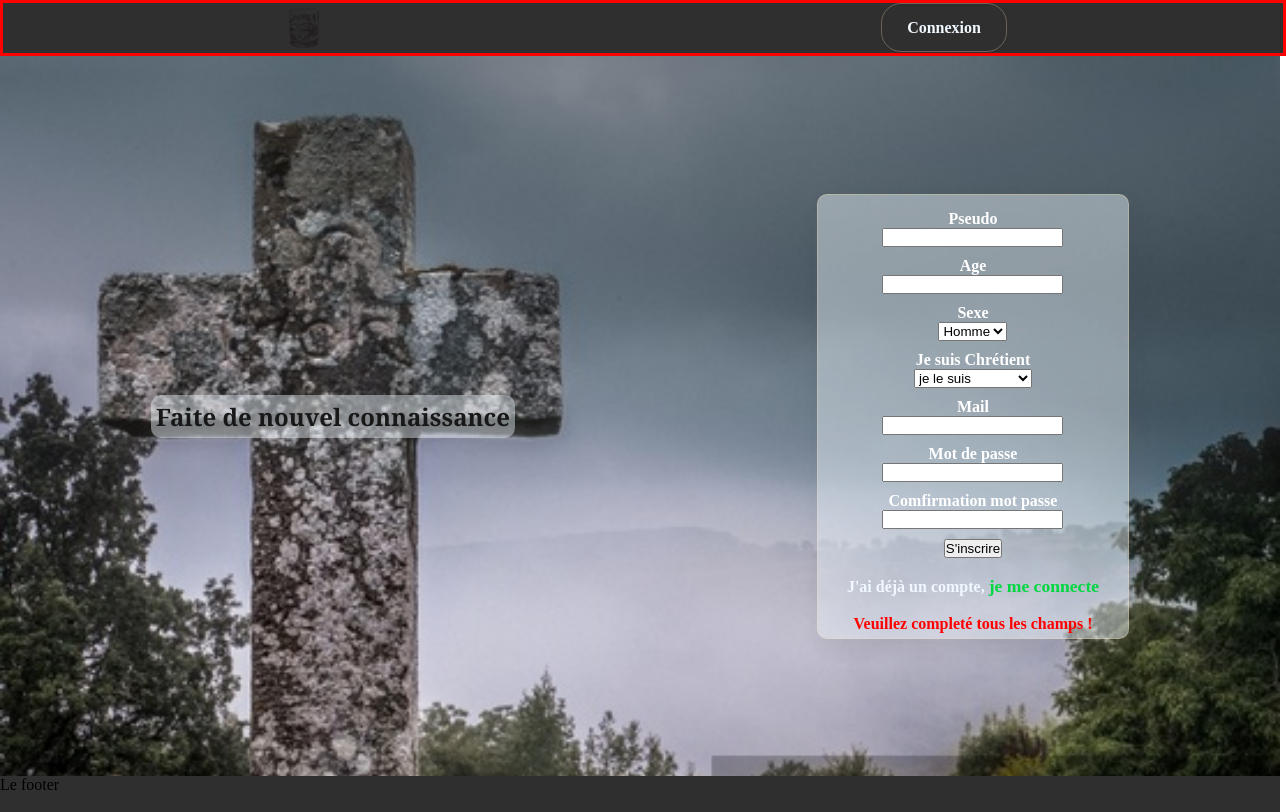
Repository: remi77130/forum
Page: http://localhost/path/signup.php
An editor plug-in stored every save of this project. The page is shown before and after the next save, followed by the edit.
The browser window is 1280 px wide. The page is 1286 px wide, so the pictures cover 1286 px, including what lies to the right of the window. The pictures show the whole page.
Backgrounds fixed to the window are drawn as part of the page. The page is run by PHP 8.4 with error messages shown; the project is at /var/www/html/.

Above is the page before, as saved 2022-06-28 21:28:06.

### signup.php
<?php require 'signupAction.php'; ?>
<?php include 'includes/head.php'; ?>

<!DOCTYPE html>
<html lang="en">

<body>

<header>

<div>
    <img src="img/3.png" alt="logo" width="50px">
  </div>
  <div>
<a href="connexion.php">Connexion</a>

</header>


<section class="section_signup">


<div class="title_section_signup">
  <h2>Faite de nouvel connaissance <br>
 </h2>

</div>


<div class="form_signup">
    <form style="text-align: center;" method="POST" enctype="multipart/form-data">

    <div class="mb-3">
    <label >Pseudo</label> <br>
    <input type="text" name="pseudo" value="<?php if(isset($pseudo)) { echo $pseudo; } ?>" />
  </div>

  <div class="mb-3">
    <label >Age</label> <br>
    <input type="number" name="age" />
  </div>

  <div class="mb-3">
    <label >Sexe</label> <br>
    <select name="sexe">
    <option value="Homme">Homme</option>
    <option value="Femme">Femme</option>
    </select>
  </div>
<div class="mb-3">
    <label >Je suis Chrétient</label> <br>
    <select name="religion">

    <option value="oui">je le suis</option>
    <option value="non">je ne le suis pas </option>
    </select>
  </div>




  <div class="mb-3">
    <label >Mail</label> <br>
    <input type="email"  name="mail" value="<?php if(isset($mail)) { echo $mail; } ?>">
  </div>


  <div class="mb-3">
    <label for="pasword">Mot de passe</label> <br>
    <input type="password"  minlength="5" name="password">
  </div>


  <div class="mb-3">
    <label for="password2">Comfirmation mot passe</label> <br>
    <input type="password"  minlength="5" name="password2">
  </div>


  <button type="submit" class="btn btn-primary" name="validate">S'inscrire</button>

  <br><br>
 <a class="login_signup" href="connexion.php"><p>J'ai déjà un compte, <span class="span_login_signup"> je me connecte</span></p></a> <br>


   </form>


<?php
if(isset($erreur))  //ERREUR MESSAGE CHAMPS NON COMPLET
{
  echo '<font color="red">'.$erreur."</font>";

}
?>

</div>



</section>


<footer>
<P>Le footer</P>
</footer>

</body>
</html>

### signupAction.php
<?php
session_start();
require('database.php');


//Validation du formulaire
if(isset($_POST['validate'])){


    $pseudo = htmlspecialchars($_POST['pseudo']);
    $mail = htmlspecialchars($_POST['mail']);
    $password = sha1($_POST['password']);
    $password2 = sha1($_POST['password2']);
    $age = htmlspecialchars($_POST['age']);
    $sexe = htmlspecialchars($_POST['sexe']);
    $religion = htmlspecialchars($_POST['religion']);

    //Vérifier si l'user a bien complété tous les champs
    if(!empty($_POST['pseudo'])  AND !empty($_POST['mail'])
    AND !empty($_POST['password']) AND !empty($_POST['password2']) AND !empty($_POST['age'])
    AND !empty($_POST['sexe']) AND !empty($_POST['religion']))

    {


        $pseudolength = strlen($pseudo);
        if($pseudolength <= 255)
        {

            if($password == $password2)  // verif password
            {


                    $reqmail = $bdd->prepare("SELECT * FROM membres WHERE mail = ? ");  // REQUETE SI MAIL EXISTE DEJA
                    $reqmail->execute(array($mail,));
                    $mailexist = $reqmail->rowCount();


                    if($mailexist == 0)
                    {

                if($password == $password2)
                {
                    $insertmbr = $bdd->prepare("INSERT INTO membres (pseudo, mail, mdp, age, sexe, religion) VALUES(?,?,?,?,?,? )");
                    $insertmbr->execute(array($pseudo, $mail, $password, $age, $sexe, $religion));


                    $_SESSION['comptecree'] = header("Location: index.php");



                }
                else{

                    $erreur = "Votre password ne correspond pas ! ";

                  }


                  }
                  else
                  {
                      $erreur = " mail déja utilisé ! ";  // ERREUR SI MAIL EXISTE DEJA
                  }

                   }

                  else{

                    $erreur= "Votre mail n'est pas valide ";
                  }
             }

        }

        else
        {

            $erreur = "Votre pseudo ne doit pas dépasssser 255 caractrere ";

        }


    }
    else{

        $erreur = "Veuillez completé tous les champs ! ";
    }





?>

### database.php
<?php
try{
    $bdd = new PDO('mysql:host=localhost;dbname=forum;charset=utf8;', 'root', '');
}
catch(Exception $e){

    die('Une erreur à été trouvée : ' . $e->getMessage());
}

### includes/head.php
<head>
    <meta charset="UTF-8">

    <link rel="stylesheet" href="assets/style.css">
    <meta http-equiv="X-UA-Compatible" content="IE=edge">
    <meta name="viewport" content="width=device-width, initial-scale=1.0">

    <title>Forum</title>
</head>

### assets/style.css
*{
padding: 0;
margin: 0;
}



/*

/////////////////////////// FEUILLE signup ////////////////// FEUILLE signup //////////

*/

body{


}

header{

    background-color: rgb(47, 47, 47);    width: 100%;
    height: auto;
    display: flex;
    justify-content: space-around;
    align-items: center;
    border: 3px solid red;

}

header button{

    margin: 5px;
}

header a {

    font-weight: bold;
    text-decoration: none;
    border: 0.5px solid rgba(245, 222, 179, 0.299);
    padding: 15px 25px ;
    border-radius: 20px;
    color: aliceblue;
}

footer{

    background-color: rgb(47, 47, 47);
    width: 100%;
    height: 5%;

}

.section_signup{
    width: 100%;
    height: 100%;

    background-image: url(../img/cross.jpg);

    background-size: cover;
    background-repeat: no-repeat;
    background-attachment: fixed;
    background-position: center;
    display: flex;
    flex-wrap: wrap;
    justify-content: space-around;
    align-items: center;

}


.title_section_signup{

background-color: rgba(240, 248, 255, 0.445) ;
backdrop-filter: blur(0.5px);
border-radius: 10px;

}

.title_section_signup h2{

    color: rgb(24, 24, 24);
    font-family: Georgia, 'Times New Roman', Times, serif;
    padding: 5px;
    font-weight: bold;

}

.form_signup{

    width: 300px;
    box-shadow: 5px 10px 20px rgba(58, 58, 58, 0.091);
    border-radius: 20px;
    border: 0.5px solid rgba(245, 222, 179, 0.299);
    color:white;
    font-weight: 600;
    text-align: center;
    padding:5px;


    background-color: rgba(240, 248, 255, 0.445) ;
backdrop-filter: blur(0.5px);
border-radius: 10px;

}

.form{

    border: 5px solid rgb(72, 72, 72);

}



.form_signup input{

    width: auto;
}

.login_signup{

    color: aliceblue;
    text-decoration: none;
}

.span_login_signup{

    color: rgb(0, 215, 65);
    font-weight: bold;
    font-size: 1.1em;

}


.mb-3{

    margin: 10px;
}

@media screen and (max-width: 400px) {
    .mb-3 input {
      width: 120px;
    }
  }




/*

/////////////////////////// FEUILLE editProfil ////////////////// FEUILLE editProfil //////////

*/
  .textarea_edit_profil{

    border-radius: 5px;
    border: none;
    box-shadow: 5px 3px 10px rgba(90, 90, 90, 0.338);


  }

  .container_editprofil{

    border: 5px solid red;

  }

  .edit_profil_container{

    border: 5px solid black;
    width: 50%;
  }





/*

/////////////////////////// FEUILLE profil ////////////////// FEUILLE profil //////////

*/

.section_profil{


  background-color: rgb(18, 21, 32);
  height: 100%;
  color: aliceblue;

}

  .container_profil{

    border-radius: 10px;
    box-shadow: 4px 3px 10px rgba(109, 109, 109, 0.139);
    width: 50%;
    border: 0.5px solid rgba(0, 0, 0, 0.272);
    padding: 15px 5px;
    cursor: pointer;
    text-align: center;

  }

  .container_profil img{

    width: 200px;
    height: 200px;
    border-radius: 190px;
    border: 0.5px solid rgb(130, 130, 130);
    box-shadow: 2px 2px 8px rgb(141, 141, 141);
  }

  .container_profil img:hover{

    box-shadow: 1px 1px 5px rgb(129, 129, 128);
  }

  .container_profil:hover{

    box-shadow: 1px 1px 1px rgba(179, 179, 179, 0.139);

  }

  .container_profil span{

text-decoration: none;
color: rgb(255, 255, 255);
background-color: rgb(18, 18, 18) ;
  }


  .profil-container{

border: 5px solid red;
text-align: center;
display: flex;
justify-content: center;
  }

.pseudo_profil{

  font-size: 1.2em;
  font-weight: bold;

}

After the next save:
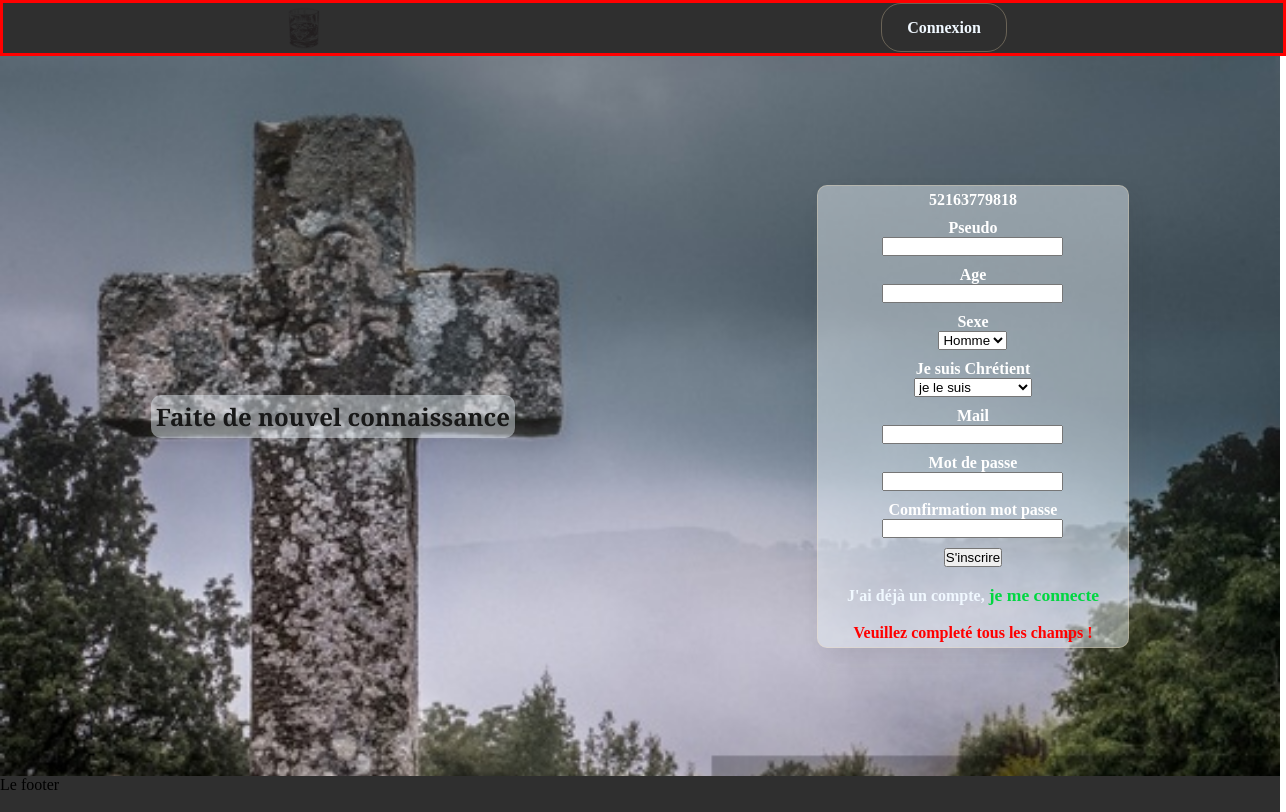
Saved 55 min 5 s later.
--- a/signup.php
+++ b/signup.php
@@ -28,6 +28,15 @@
 
 
 <div class="form_signup">
+
+<?php $longueurKey = 12;
+                    $key = "";
+                    for($i=1;$i<$longueurKey;$i++){
+                        $key .= mt_rand(0,9);
+                    }
+
+                    echo $key;
+                    ?>
     <form style="text-align: center;" method="POST" enctype="multipart/form-data">
 
     <div class="mb-3">

After the save that followed:
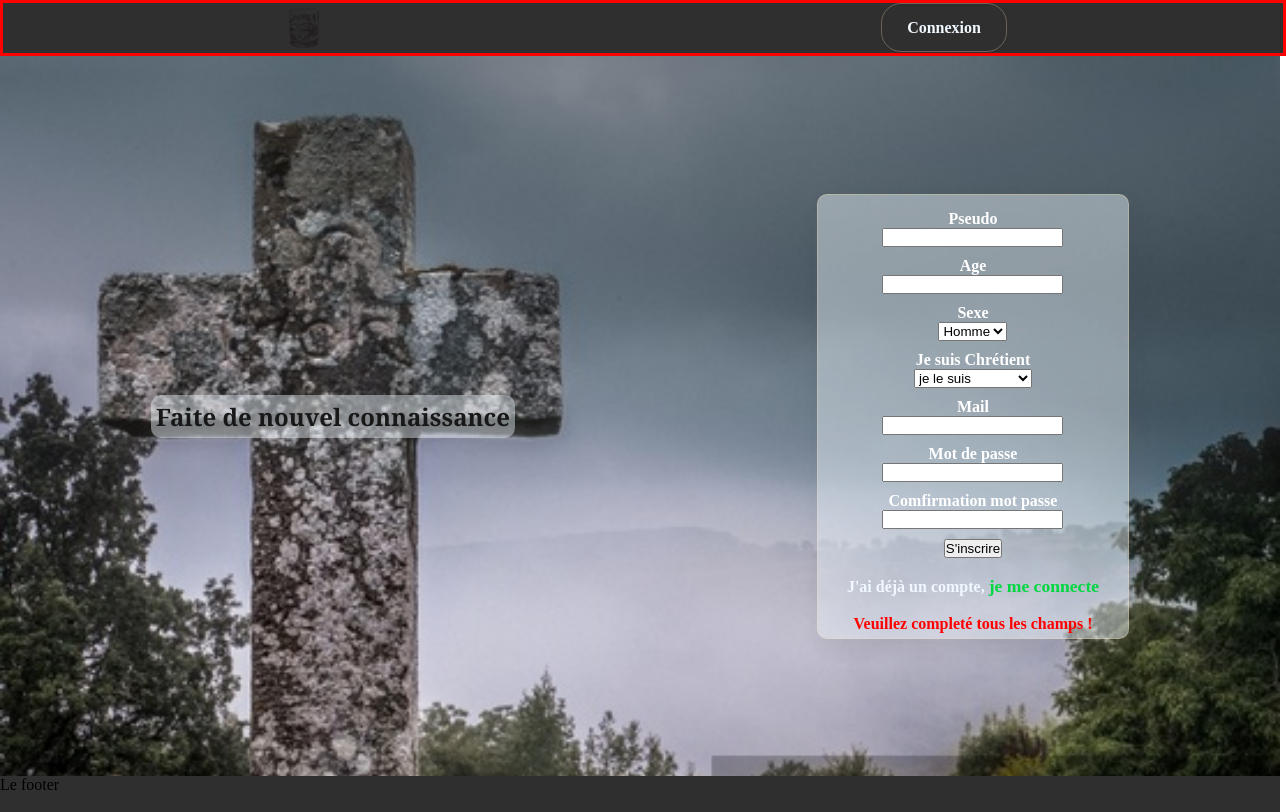
Saved 85 s later.
--- a/signup.php
+++ b/signup.php
@@ -29,14 +29,6 @@
 
 <div class="form_signup">
 
-<?php $longueurKey = 12;
-                    $key = "";
-                    for($i=1;$i<$longueurKey;$i++){
-                        $key .= mt_rand(0,9);
-                    }
-
-                    echo $key;
-                    ?>
     <form style="text-align: center;" method="POST" enctype="multipart/form-data">
 
     <div class="mb-3">
